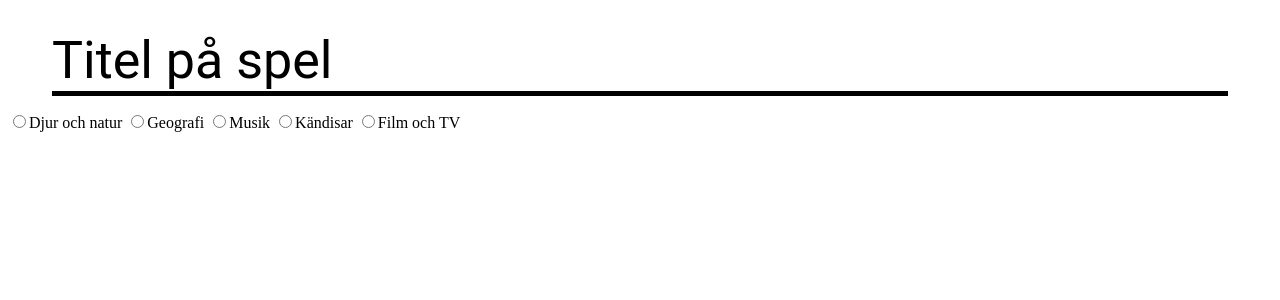
Repository: ed222gg/project2
Page: pages/start.html
The author's editor kept a record of every edit. The page is drawn from the files as they stood at one moment, then again after the next edit.
The browser window is 1280 px wide. The pictures show the whole page.

Above is the page before.

After the next edit:
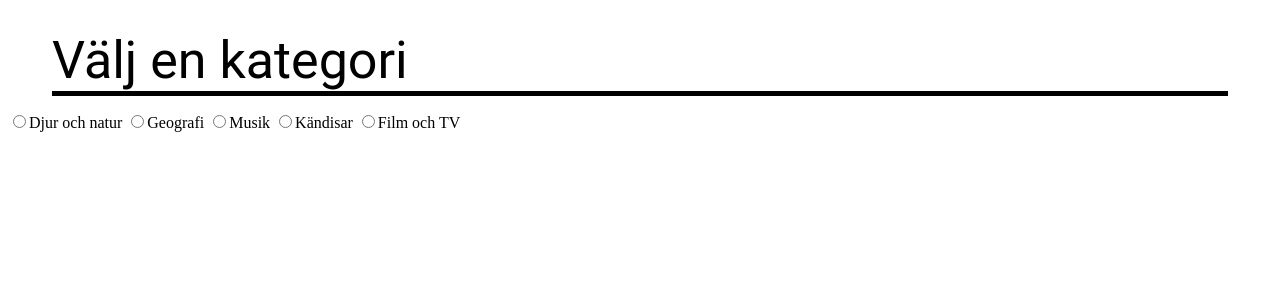
The edit:
--- a/pages/start.html
+++ b/pages/start.html
@@ -6,7 +6,7 @@
           <link rel="stylesheet" type="text/css" href="../css/style.css" />
     </head>
     <body>
-        <header>Titel på spel</header>
+        <header>Välj en kategori</header>
         <main>
             <div id="container">
                 <input type="radio" name="category" value="animal">Djur och natur
